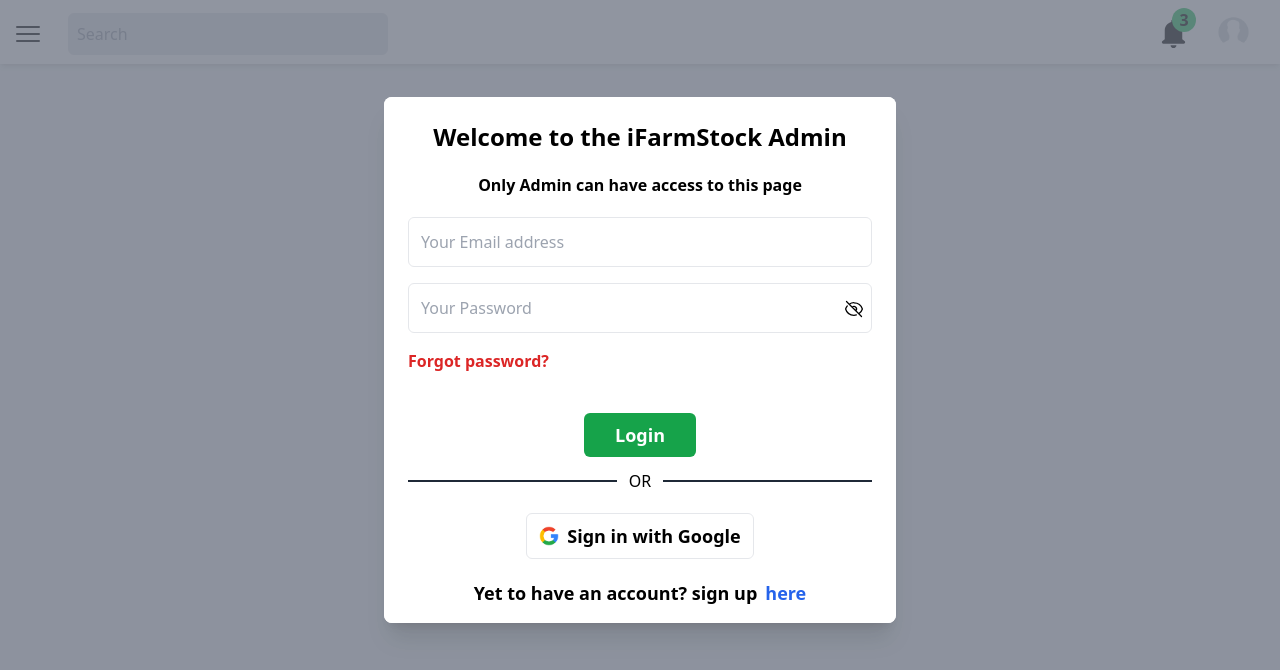
Repository: IssaMuiz/ifarmstock-admin
Page: /
The author's editor kept a copy of each file at every save. The page is drawn from the files as they stood at one save, then again after the next save.
The browser window is 1280 px wide. The pictures show the whole page.
The page's requests for data from a server got no answer. The project was rebuilt for these pictures with package versions that can differ from the ones it lists, and the page was loaded fresh each time. The framework's server and built-in components were replaced by stand-ins that run in the browser. No one was signed in, and anything a server would have sent is missing. Also part of the build but not shown: next.config.mjs, components/spinner.tsx.

Above is the page before, as saved 2024-10-09 10:19:36.

### app/layout.tsx
import type { Metadata } from "next";
import localFont from "next/font/local";
import "./globals.css";
import ClientSessionProvider from "../components/clientSessionProvider";

const geistSans = localFont({
  src: "./fonts/GeistVF.woff",
  variable: "--font-geist-sans",
  weight: "100 900",
});
const geistMono = localFont({
  src: "./fonts/GeistMonoVF.woff",
  variable: "--font-geist-mono",
  weight: "100 900",
});

export const metadata: Metadata = {
  title: "iFarmStock-admin",
  description: "Generated by create next app",
};

export default function RootLayout({
  children,
}: Readonly<{
  children: React.ReactNode;
}>) {
  return (
    <html lang="en">
      <body
        className={`${geistSans.variable} ${geistMono.variable} antialiased mx-5 bg-gray-100`}
      >
        <ClientSessionProvider>{children}</ClientSessionProvider>
      </body>
    </html>
  );
}

### app/page.tsx
/* eslint-disable @typescript-eslint/no-explicit-any */
"use client";
import React from "react";
import { signIn } from "next-auth/react";
import { useRouter, useSearchParams } from "next/navigation";
import { useState, useEffect } from "react";
import Link from "next/link";
import Spinner from "@/components/spinner";
import Image from "next/image";

const errorMessages: { [key: string]: string } = {
  CredentialsSignin: "Invalid email or password",
  "User does not exist": "User does not exist",
  "Invalid password": "Invalid password",
};

const Login = () => {
  const [loading, setLoading] = useState(false);
  const [error, setError] = useState<string | null>(null);
  const [showPassword, setShowPassword] = useState(false);
  const [user, setUser] = useState({
    email: "",
    password: "",
  });

  const router = useRouter();

  const searchParams = useSearchParams();

  useEffect(() => {
    const authError = searchParams.get("error");
    if (authError) {
      setError(errorMessages[authError] || "Unknown error occured");
    }
  }, [searchParams]);

  const toggleShowPassword = () => {
    setShowPassword((prev) => !prev);
  };

  const handleInputChange = (e: any) => {
    const { name, value } = e.target;
    setError("");
    return setUser((prevInfo) => ({ ...prevInfo, [name]: value }));
  };

  const handleSubmit = async (e: any) => {
    e.preventDefault();
    setLoading(true);
    try {
      if (!user.email || !user.password) {
        setError("Please fill the required fields");
        return;
      }

      const emailRegex = /^([a-zA-Z0-9._%-]+@[a-zA-Z0-9.-]+\.[a-zA-Z]{2,})$/;
      if (!emailRegex.test(user.email)) {
        setError("Invalid email id");
        return;
      }

      const res = await signIn("credentials", {
        email: user.email,
        password: user.password,
        redirect: false,
      });

      if (res?.error) {
        setError(res.error);
      } else {
        router.push("/dashboard");
      }
    } catch (error: any) {
      console.log(error);
    } finally {
      setLoading(false);
      setUser({
        email: "",
        password: "",
      });
    }
  };

  return (
    <main>
      <div
        className="relative z-10"
        aria-labelledby="modal-title"
        role="dialog"
        aria-modal="true"
      >
        <div
          className="fixed inset-0 bg-gray-500 bg-opacity-75 transition-opacity"
          aria-hidden="true"
        ></div>

        <div className="fixed inset-0 z-10 w-screen overflow-y-auto">
          <div className="flex min-h-full items-center justify-center p-4 text-center sm:items-center sm:p-0">
            <div className="relative transform overflow-hidden rounded-lg bg-white text-left shadow-xl transition-all sm:my-8 sm:w-full sm:max-w-lg">
              <div className="bg-white px-4 pb-4 pt-5 sm:p-6 sm:pb-4 flex flex-col ">
                <h1 className="text-2xl font-bold mb-5 text-center">
                  Welcome to the iFarmStock Admin
                </h1>
                <p className="text-md font-semibold mb-5 text-center">
                  Only Admin can have access to this page
                </p>

                <form
                  className="flex flex-col gap-4"
                  onSubmit={handleSubmit}
                  action=""
                >
                  <input
                    className="border p-3 w-full rounded-md"
                    onChange={handleInputChange}
                    name="email"
                    value={user.email}
                    type="email"
                    placeholder="Your Email address"
                  />
                  <div className="relative">
                    <input
                      className="border p-3 w-full rounded-md"
                      onChange={handleInputChange}
                      name="password"
                      value={user.password}
                      type={showPassword ? "text" : "password"}
                      placeholder="Your Password"
                    />
                    <button
                      type="button"
                      onClick={toggleShowPassword}
                      className="absolute right-2 top-4"
                    >
                      {showPassword ? (
                        <svg
                          xmlns="http://www.w3.org/2000/svg"
                          fill="none"
                          viewBox="0 0 24 24"
                          strokeWidth="1.5"
                          stroke="currentColor"
                          className="size-5"
                        >
                          <path
                            strokeLinecap="round"
                            stroke-linejoin="round"
                            d="M2.036 12.322a1.012 1.012 0 0 1 0-.639C3.423 7.51 7.36 4.5 12 4.5c4.638 0 8.573 3.007 9.963 7.178.07.207.07.431 0 .639C20.577 16.49 16.64 19.5 12 19.5c-4.638 0-8.573-3.007-9.963-7.178Z"
                          />
                          <path
                            strokeLinecap="round"
                            strokeLinejoin="round"
                            d="M15 12a3 3 0 1 1-6 0 3 3 0 0 1 6 0Z"
                          />
                        </svg>
                      ) : (
                        <svg
                          xmlns="http://www.w3.org/2000/svg"
                          fill="none"
                          viewBox="0 0 24 24"
                          strokeWidth="1.5"
                          stroke="currentColor"
                          className="size-5"
                        >
                          <path
                            strokeLinecap="round"
                            strokeLinejoin="round"
                            d="M3.98 8.223A10.477 10.477 0 0 0 1.934 12C3.226 16.338 7.244 19.5 12 19.5c.993 0 1.953-.138 2.863-.395M6.228 6.228A10.451 10.451 0 0 1 12 4.5c4.756 0 8.773 3.162 10.065 7.498a10.522 10.522 0 0 1-4.293 5.774M6.228 6.228 3 3m3.228 3.228 3.65 3.65m7.894 7.894L21 21m-3.228-3.228-3.65-3.65m0 0a3 3 0 1 0-4.243-4.243m4.242 4.242L9.88 9.88"
                          />
                        </svg>
                      )}
                    </button>
                  </div>
                  <Link
                    href="/forgot-password"
                    className="text-red-600 font-semibold hover:underline w-max "
                  >
                    Forgot password?
                  </Link>
                  <div className="text-center">
                    {error && <p className="text-red-500"> {error}</p>}
                  </div>
                  <div className="mx-auto">
                    <button
                      type="submit"
                      className="bg-green-600 w-28 h-11 text-white text-lg rounded-md font-semibold mt-2 hover:bg-green-700  px-3 hover:shadow-lg"
                    >
                      {loading ? <Spinner /> : "Login"}
                    </button>
                  </div>
                </form>
                <div className="flex justify-center items-center w-full gap-3 py-3">
                  <hr className="border border-gray-800 w-full"></hr>
                  <div className="">OR</div>
                  <hr className="border border-gray-800 w-full"></hr>
                </div>
                <div
                  onClick={() => signIn("google")}
                  className=" w-max p-2 text-black border text-lg rounded-md cursor-pointer flex gap-2 items-center font-semibold mx-auto mt-2 hover:bg-green-500 hover:text-white  px-3 hover:shadow-lg"
                >
                  <Image
                    src="/assets/images/google-image.png"
                    alt="google-image"
                    height={20}
                    width={20}
                  />
                  <span>Sign in with Google</span>
                </div>
                <div className="text-center font-semibold text-lg mt-5">
                  Yet to have an account? sign up
                  <Link
                    href="/signup"
                    className="text-blue-600 ml-2 hover:underline"
                  >
                    here
                  </Link>
                </div>
              </div>
            </div>
          </div>
        </div>
      </div>
    </main>
  );
};

export default Login;

### components/clientSessionProvider.tsx
"use client";

import { SessionProvider } from "next-auth/react";
import { ReactNode, useState } from "react";
import Navbar from "./navbar";
import Sidenav from "./sidenav";

export default function ClientSessionProvider({
  children,
}: {
  children: ReactNode;
}) {
  const [showSidebar, setShowSidenav] = useState(false);

  const toggleSidebar = () => {
    setShowSidenav((prev) => !prev);
  };
  return (
    <SessionProvider>
      <main className="flex ">
        <Sidenav showSidebar={showSidebar} />

        <div
          className={`fixed block md:hidden inset-0 bg-black transition-opacity duration-300 ease-in-out z-10 ${
            showSidebar
              ? "opacity-40 pointer-events-auto"
              : "opacity-0 pointer-events-none"
          }`}
          onClick={toggleSidebar}
        ></div>
        <section
          className={`relative z-0 transition-all duration-300 ease-in-out ${
            showSidebar ? "md:ml-80" : "w-full"
          }  flex-1`}
        >
          <Navbar toggleSidebar={toggleSidebar} showSidebar={showSidebar} />

          {children}
        </section>
      </main>
    </SessionProvider>
  );
}

### components/navbar.tsx
import React from "react";
import { useSession } from "next-auth/react";
import Image from "next/image";
import { useState } from "react";
import { signOut } from "next-auth/react";

interface ToggleSidebar {
  toggleSidebar: (event: React.MouseEvent<HTMLOrSVGElement>) => void;
  showSidebar: boolean;
}
const Navbar = ({ toggleSidebar, showSidebar }: ToggleSidebar) => {
  const [showProfile, setShowProfile] = useState(false);
  const { data: session } = useSession();

  const toggleShowProfile = () => {
    setShowProfile((prev) => !prev);
  };

  return (
    <nav
      className={`bg-white h-16 fixed top-0 left-0 ${
        showSidebar ? "md:left-80" : "w-full"
      } right-0 shadow-md z-10 transition-all ease-in-out duration-300`}
    >
      <div className="mx-auto flex justify-between p-2">
        <div className="leftnav flex-1 flex gap-2 md:gap-5 items-center ">
          <svg
            onClick={toggleSidebar}
            xmlns="http://www.w3.org/2000/svg"
            viewBox="0 0 24 24"
            strokeWidth={1.5}
            stroke="currentColor"
            className="size-10 rounded-sm cursor-pointer p-1 hover:bg-gray-300"
          >
            <path
              strokeLinecap="round"
              strokeLinejoin="round"
              d="M3.75 6.75h16.5M3.75 12h16.5m-16.5 5.25h16.5"
            />
          </svg>

          <input
            type="text"
            placeholder="Search"
            className="p-2 bg-gray-200 rounded-md max-w-80 flex-1 border outline-none"
          />
        </div>
        <div className="right-nav flex items-center gap-1 md:gap-3 ml-2">
          <div className="relative cursor-pointer hover:bg-gray-300 rounded-sm p-2">
            <svg
              xmlns="http://www.w3.org/2000/svg"
              x="0px"
              y="0px"
              width="35"
              height="35"
              viewBox="0 0 24 24"
              className="fill:#1A1A1A;"
            >
              <path d="M 12 2 C 11.172 2 10.5 2.672 10.5 3.5 L 10.5 4.1953125 C 7.9131836 4.862095 6 7.2048001 6 10 L 6 16 L 4.4648438 17.15625 L 4.4628906 17.15625 A 1 1 0 0 0 4 18 A 1 1 0 0 0 5 19 L 12 19 L 19 19 A 1 1 0 0 0 20 18 A 1 1 0 0 0 19.537109 17.15625 L 18 16 L 18 10 C 18 7.2048001 16.086816 4.862095 13.5 4.1953125 L 13.5 3.5 C 13.5 2.672 12.828 2 12 2 z M 10 20 C 10 21.1 10.9 22 12 22 C 13.1 22 14 21.1 14 20 L 10 20 z"></path>
            </svg>
            <span className=" absolute flex items-center justify-center font-semibold top-0 left-6 bg-green-500 p-1 h-6 w-6 rounded-full">
              3
            </span>
          </div>
          <div className="relative ">
            <div
              className="cursor-pointer hover:bg-gray-100 flex items-center gap-2 "
              onClick={toggleShowProfile}
            >
              <Image
                src={session?.user?.image || "/assets/images/avatar.png"}
                alt="profile-image"
                width={45}
                height={45}
                className="rounded-md p-1"
              />
              <div className=" flex-col hidden md:flex text-base p-1">
                <p className=" font-semibold">{session?.user?.name}</p>
                <p>{session?.user?.email}</p>
              </div>
            </div>
            {showProfile && (
              <div className="bg-white shadow top-14 -right-2 absolute w-60 md:w-[18rem] text-xl font-semibold rounded-sm ">
                <div className="flex flex-col gap-5">
                  <p className="hover:bg-gray-300 cursor-pointer px-4 py-2 mt-5 transition-all ease-in-out duration-300 ">
                    Profile
                  </p>
                  <hr />
                  <p
                    onClick={() => signOut()}
                    className="hover:bg-gray-300 cursor-pointer px-4 py-2 mb-2 transition-all ease-in-out duration-300 border-gray-300-"
                  >
                    Sign Out
                  </p>
                </div>
              </div>
            )}
          </div>
        </div>
      </div>
    </nav>
  );
};

export default Navbar;

### components/sidenav.tsx
import React from "react";

interface Sidebar {
  showSidebar: boolean;
}
const Sidenav = ({ showSidebar }: Sidebar) => {
  return (
    <aside className="h-20 overflow-y-auto">
      <div
        className={`fixed w-80 overflow-x-hidden scrollbar  overflow-auto z-20 left-0 top-0 bottom-0 transform transition-transform duration-300  bg-gray-600 ${
          showSidebar ? "translate-x-0" : "-translate-x-full"
        }`}
      >
        <div className="bg-green-600 h-16 flex items-center gap-2 font-bold justify-center">
          <p className="text-2xl">iFarmStock</p>
          <p className="bg-white p-1 rounded-sm font-semibold text-sm">ADMIN</p>
        </div>
        <div className="flex flex-col items-start gap-6 text-white text-xl font-semibold mt-10">
          <div className="flex gap-5 w-full items-center py-3 px-6 hover:bg-gray-500 cursor-pointer">
            <svg
              width="30px"
              height="30px"
              viewBox="0 0 24 24"
              fill="none"
              xmlns="http://www.w3.org/2000/svg"
            >
              <path
                d="M21.54 19.25H21.31C21.2159 19.2194 21.1288 19.1706 21.0537 19.1062C20.9785 19.0418 20.9169 18.9632 20.8723 18.8749C20.8277 18.7866 20.8009 18.6903 20.7937 18.5917C20.7864 18.493 20.7988 18.3939 20.83 18.3C21.2622 16.9152 21.3626 15.4482 21.1231 14.0175C20.8837 12.5868 20.3111 11.2324 19.4516 10.0638C18.5921 8.89521 17.4698 7.94514 16.1754 7.29034C14.8809 6.63553 13.4506 6.29435 12 6.29435C10.5494 6.29435 9.11906 6.63553 7.82462 7.29034C6.53019 7.94514 5.4079 8.89521 4.54841 10.0638C3.68892 11.2324 3.11633 12.5868 2.87688 14.0175C2.63743 15.4482 2.73784 16.9152 3.17 18.3C3.21197 18.396 3.23338 18.4997 3.23284 18.6044C3.2323 18.7092 3.20983 18.8126 3.16687 18.9082C3.12391 19.0037 3.06142 19.0892 2.98341 19.1591C2.90541 19.229 2.81363 19.2818 2.71398 19.314C2.61434 19.3463 2.50903 19.3574 2.40485 19.3465C2.30068 19.3356 2.19994 19.303 2.10912 19.2508C2.01831 19.1986 1.93943 19.128 1.87758 19.0434C1.81573 18.9589 1.77226 18.8624 1.75 18.76C1.28255 17.2814 1.14055 15.7191 1.33375 14.1804C1.52694 12.6417 2.05074 11.1631 2.86922 9.84591C3.68769 8.52873 4.78146 7.40423 6.07545 6.54957C7.36945 5.69492 8.83303 5.13034 10.3658 4.89459C11.8985 4.65884 13.4641 4.7575 14.9551 5.1838C16.4461 5.61009 17.8273 6.35393 19.0037 7.36426C20.1802 8.3746 21.1241 9.62751 21.7708 11.037C22.4174 12.4465 22.7515 13.9792 22.75 15.53C22.75 16.6259 22.5814 17.7154 22.25 18.76C22.1977 18.9057 22.1011 19.0313 21.9738 19.1192C21.8464 19.2071 21.6947 19.2528 21.54 19.25Z"
                fill="#ffffff"
              />
              <path
                d="M21.54 19.25H2.45999C2.26108 19.25 2.07031 19.171 1.92966 19.0303C1.78901 18.8897 1.70999 18.6989 1.70999 18.5C1.70999 18.3011 1.78901 18.1103 1.92966 17.9697C2.07031 17.829 2.26108 17.75 2.45999 17.75H21.54C21.7389 17.75 21.9297 17.829 22.0703 17.9697C22.211 18.1103 22.29 18.3011 22.29 18.5C22.29 18.6989 22.211 18.8897 22.0703 19.0303C21.9297 19.171 21.7389 19.25 21.54 19.25Z"
                fill="#ffffff"
              />
              <path
                d="M12 16.25C11.9015 16.2505 11.8038 16.2312 11.7128 16.1935C11.6218 16.1557 11.5392 16.1001 11.47 16.03C11.3295 15.8894 11.2507 15.6988 11.2507 15.5C11.2507 15.3013 11.3295 15.1106 11.47 14.97L15.47 10.97C15.613 10.8661 15.788 10.8161 15.9643 10.8287C16.1406 10.8413 16.3067 10.9157 16.4335 11.0389C16.5602 11.162 16.6394 11.326 16.6571 11.5018C16.6747 11.6777 16.6297 11.8541 16.53 12L12.53 16C12.4633 16.0756 12.3819 16.1367 12.2908 16.1797C12.1997 16.2227 12.1007 16.2466 12 16.25Z"
                fill="#ffffff"
              />
            </svg>
            <p>Dashboard</p>
          </div>
          <div className="flex gap-5 w-full items-center py-3 px-6 hover:bg-gray-500 cursor-pointer">
            <svg
              xmlns="http://www.w3.org/2000/svg"
              fill="none"
              viewBox="0 0 24 24"
              strokeWidth={1.5}
              stroke="currentColor"
              className="size-7"
            >
              <path
                strokeLinecap="round"
                strokeLinejoin="round"
                d="M6 6.878V6a2.25 2.25 0 0 1 2.25-2.25h7.5A2.25 2.25 0 0 1 18 6v.878m-12 0c.235-.083.487-.128.75-.128h10.5c.263 0 .515.045.75.128m-12 0A2.25 2.25 0 0 0 4.5 9v.878m13.5-3A2.25 2.25 0 0 1 19.5 9v.878m0 0a2.246 2.246 0 0 0-.75-.128H5.25c-.263 0-.515.045-.75.128m15 0A2.25 2.25 0 0 1 21 12v6a2.25 2.25 0 0 1-2.25 2.25H5.25A2.25 2.25 0 0 1 3 18v-6c0-.98.626-1.813 1.5-2.122"
              />
            </svg>

            <p>Products</p>
          </div>
          <div className="flex gap-5 w-full items-center py-3 px-6 hover:bg-gray-500 cursor-pointer">
            <svg
              xmlns="http://www.w3.org/2000/svg"
              fill="none"
              viewBox="0 0 24 24"
              strokeWidth={1.5}
              stroke="currentColor"
              className="size-7"
            >
              <path
                strokeLinecap="round"
                strokeLinejoin="round"
                d="M20.25 6.375c0 2.278-3.694 4.125-8.25 4.125S3.75 8.653 3.75 6.375m16.5 0c0-2.278-3.694-4.125-8.25-4.125S3.75 4.097 3.75 6.375m16.5 0v11.25c0 2.278-3.694 4.125-8.25 4.125s-8.25-1.847-8.25-4.125V6.375m16.5 0v3.75m-16.5-3.75v3.75m16.5 0v3.75C20.25 16.153 16.556 18 12 18s-8.25-1.847-8.25-4.125v-3.75m16.5 0c0 2.278-3.694 4.125-8.25 4.125s-8.25-1.847-8.25-4.125"
              />
            </svg>

            <p>Categories</p>
          </div>
          <div className="flex gap-5 w-full items-center py-3 px-6 hover:bg-gray-500 cursor-pointer">
            <svg
              xmlns="http://www.w3.org/2000/svg"
              fill="none"
              viewBox="0 0 24 24"
              strokeWidth={1.5}
              stroke="currentColor"
              className="size-7"
            >
              <path
                strokeLinecap="round"
                strokeLinejoin="round"
                d="M2.25 3h1.386c.51 0 .955.343 1.087.835l.383 1.437M7.5 14.25a3 3 0 0 0-3 3h15.75m-12.75-3h11.218c1.121-2.3 2.1-4.684 2.924-7.138a60.114 60.114 0 0 0-16.536-1.84M7.5 14.25 5.106 5.272M6 20.25a.75.75 0 1 1-1.5 0 .75.75 0 0 1 1.5 0Zm12.75 0a.75.75 0 1 1-1.5 0 .75.75 0 0 1 1.5 0Z"
              />
            </svg>

            <p>Orders</p>
          </div>
          <div className="flex gap-5 w-full items-center py-3 px-6 hover:bg-gray-500 cursor-pointer">
            <svg
              xmlns="http://www.w3.org/2000/svg"
              fill="none"
              viewBox="0 0 24 24"
              strokeWidth={1.5}
              stroke="currentColor"
              className="size-7"
            >
              <path
                strokeLinecap="round"
                strokeLinejoin="round"
                d="M15.75 6a3.75 3.75 0 1 1-7.5 0 3.75 3.75 0 0 1 7.5 0ZM4.501 20.118a7.5 7.5 0 0 1 14.998 0A17.933 17.933 0 0 1 12 21.75c-2.676 0-5.216-.584-7.499-1.632Z"
              />
            </svg>

            <p>Customers</p>
          </div>
          <div className="flex gap-5 w-full items-center py-3 px-6 hover:bg-gray-500 cursor-pointer">
            <svg
              xmlns="http://www.w3.org/2000/svg"
              fill="none"
              viewBox="0 0 24 24"
              strokeWidth={1.5}
              stroke="currentColor"
              className="size-7"
            >
              <path
                strokeLinecap="round"
                strokeLinejoin="round"
                d="M9.594 3.94c.09-.542.56-.94 1.11-.94h2.593c.55 0 1.02.398 1.11.94l.213 1.281c.063.374.313.686.645.87.074.04.147.083.22.127.325.196.72.257 1.075.124l1.217-.456a1.125 1.125 0 0 1 1.37.49l1.296 2.247a1.125 1.125 0 0 1-.26 1.431l-1.003.827c-.293.241-.438.613-.43.992a7.723 7.723 0 0 1 0 .255c-.008.378.137.75.43.991l1.004.827c.424.35.534.955.26 1.43l-1.298 2.247a1.125 1.125 0 0 1-1.369.491l-1.217-.456c-.355-.133-.75-.072-1.076.124a6.47 6.47 0 0 1-.22.128c-.331.183-.581.495-.644.869l-.213 1.281c-.09.543-.56.94-1.11.94h-2.594c-.55 0-1.019-.398-1.11-.94l-.213-1.281c-.062-.374-.312-.686-.644-.87a6.52 6.52 0 0 1-.22-.127c-.325-.196-.72-.257-1.076-.124l-1.217.456a1.125 1.125 0 0 1-1.369-.49l-1.297-2.247a1.125 1.125 0 0 1 .26-1.431l1.004-.827c.292-.24.437-.613.43-.991a6.932 6.932 0 0 1 0-.255c.007-.38-.138-.751-.43-.992l-1.004-.827a1.125 1.125 0 0 1-.26-1.43l1.297-2.247a1.125 1.125 0 0 1 1.37-.491l1.216.456c.356.133.751.072 1.076-.124.072-.044.146-.086.22-.128.332-.183.582-.495.644-.869l.214-1.28Z"
              />
              <path
                strokeLinecap="round"
                strokeLinejoin="round"
                d="M15 12a3 3 0 1 1-6 0 3 3 0 0 1 6 0Z"
              />
            </svg>

            <p>Settings</p>
          </div>
        </div>
      </div>
    </aside>
  );
};

export default Sidenav;

Loaded but not shown: app/globals.css (common file); tailwind.config.ts (common file)

After the next save:
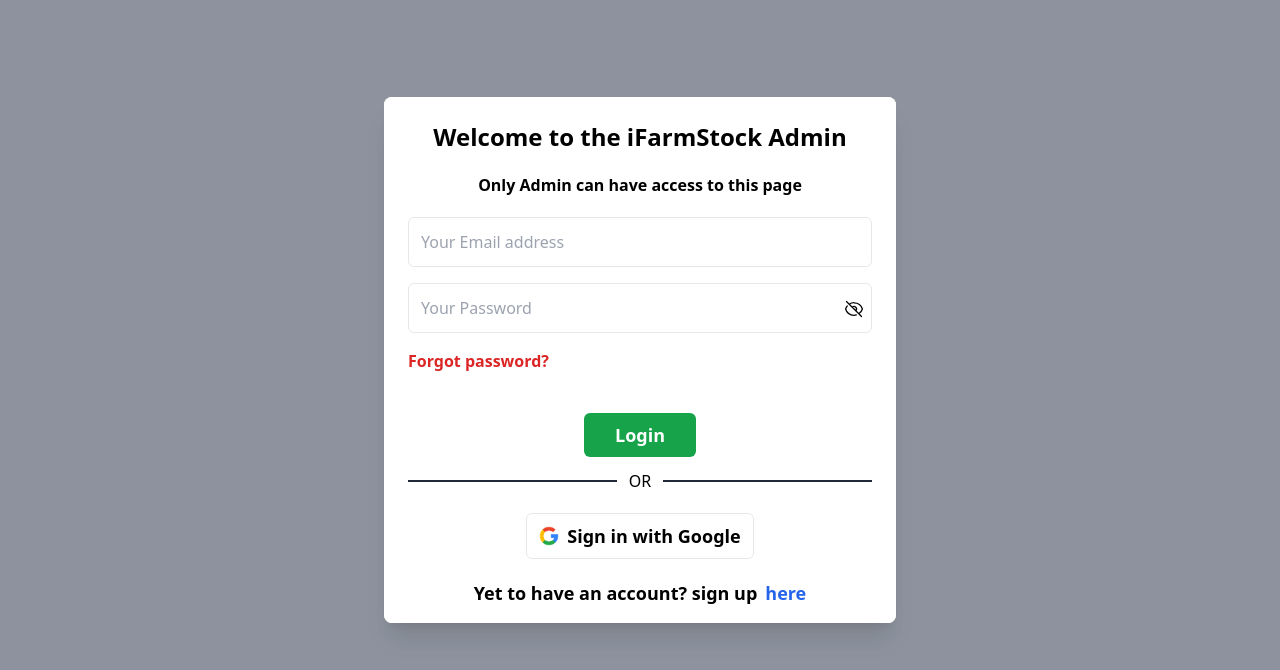
Saved 2 h 30 min later.
--- a/components/clientSessionProvider.tsx
+++ b/components/clientSessionProvider.tsx
@@ -4,7 +4,7 @@
 import { ReactNode, useState } from "react";
 import Navbar from "./navbar";
 import Sidenav from "./sidenav";
-
+import { usePathname } from "next/navigation";
 export default function ClientSessionProvider({
   children,
 }: {
@@ -12,6 +12,15 @@
 }) {
   const [showSidebar, setShowSidenav] = useState(false);
 
+  const pathname = usePathname();
+
+  const noNavRoutes = [
+    "/",
+    "forgot-password",
+    "reset-password",
+    "signup",
+    "verify-email",
+  ];
   const toggleSidebar = () => {
     setShowSidenav((prev) => !prev);
   };
@@ -33,7 +42,9 @@
             showSidebar ? "md:ml-80" : "w-full"
           }  flex-1`}
         >
-          <Navbar toggleSidebar={toggleSidebar} showSidebar={showSidebar} />
+          {!noNavRoutes.includes(pathname) && (
+            <Navbar toggleSidebar={toggleSidebar} showSidebar={showSidebar} />
+          )}
 
           {children}
         </section>
